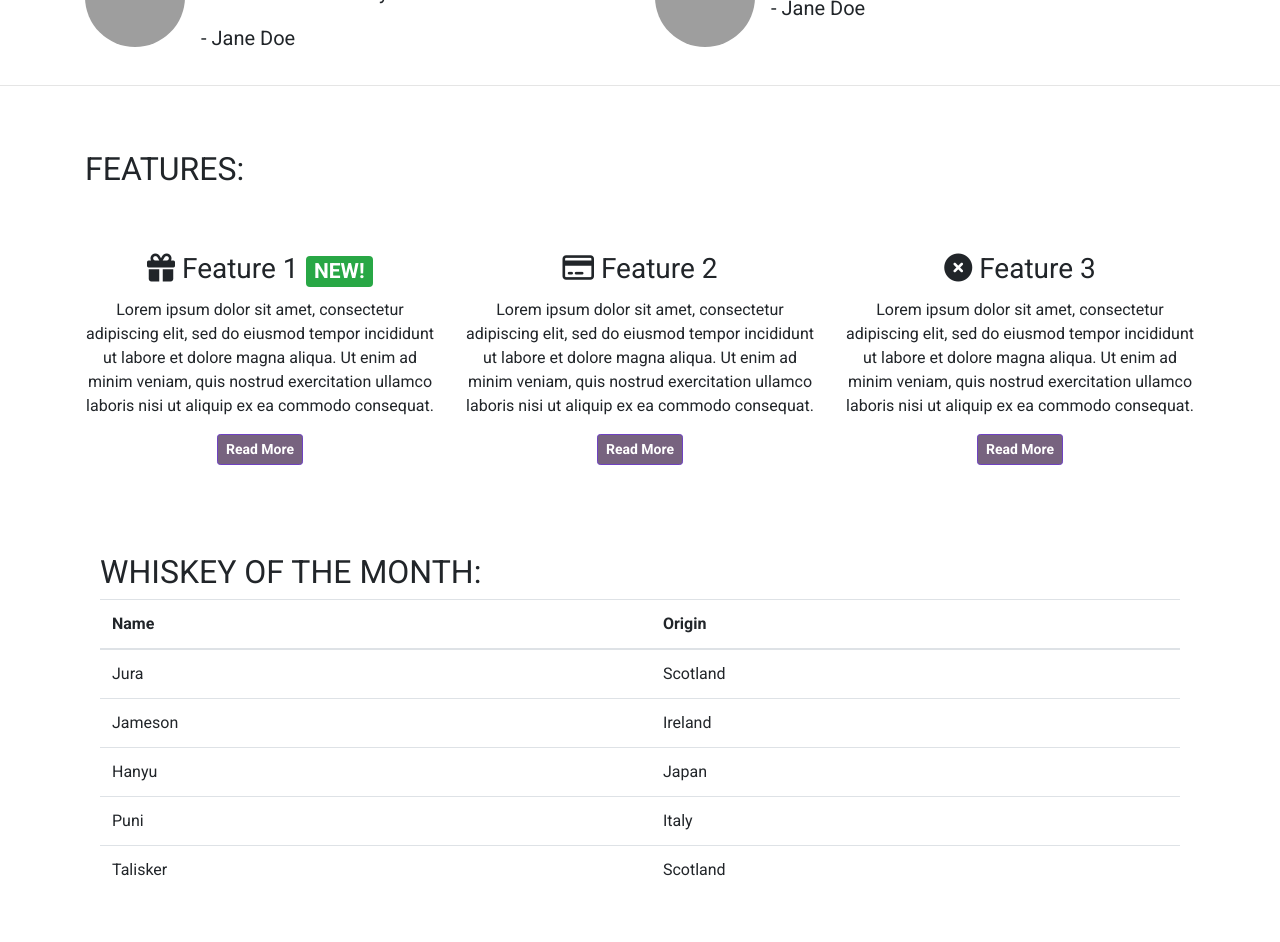
Repository: cipsim/bootstrap2.0
Page: index.html
The author's editor kept a record of every edit. The page is drawn from the files as they stood at one moment, then again after the next edit.
The browser window is 1280 px wide. The pictures show the part of the page from y = 948 to 1900 px (the page is 1890 px tall before and 1900 px after).
Pictures or frames that could not be fetched are drawn as grey boxes. Backgrounds fixed to the window are drawn as part of the page. Some web libraries are served in a nearby version.

Above is the page before.

### index.html
<!DOCTYPE html>
<html lang="en-us">

<head>
    <meta charset="utf-8">
    <title>Whiskey Drop | Taste a new whiskey every month</title>
    <meta name="viewport" content="width=device-width, initial-scale=1.0">
    <link rel="stylesheet" href="https://maxcdn.bootstrapcdn.com/bootstrap/4.1.3/css/bootstrap.min.css">
    <script src="https://kit.fontawesome.com/0dc9a7af2a.js"></script>
    <link href="https://fonts.googleapis.com/css?family=Roboto:400,700&display=swap" rel="stylesheet">
    <link rel="stylesheet" href="css/style.css" type="text/css" />
</head>

<body>
    <div class="container-fluid navalert-container">
    <nav class="navbar navbar-dark navbar-expand-sm">
        <a href="/" class="navbar-brand">Whiskey Drop</a>
        <button class="navbar-toggler ml-auto" type="button" data-toggle="collapse" data-target="#navbarNavDropdown" aria-controls="navbarNavDropdownv" aria-epanded="false" aria-label="Toggle navigation">
            <span class="navbar-toggler-icon">
            </span>
        </button>
        <div class="collapse navbar-collapse" id="navbarNavDropdown">
            <ul class="navbar-nav mr-auto">
                <li class="active nav-item mr-2"><a class="nav-link" href="/">Home</a></li>
                <li class="nav-item mr-2"><a class="nav-link" href="/about">About</a></li>
                <li class="nav-item dropdown">
                    <a class="nav-link dropdown-toggle" href="#" id="navbarDropdownMenuLink" role="button" data-toggle="dropdown" aria-haspopup="true" aria-expanded="false">
                        Whiskeys
                    </a>
                    <div class="dropdown-menu" aria-labelledby="navbarDropdownMenuLink">
                        <a href="#" class="dropdown-item">Scotch</a>
                        <a href="#" class="dropdown-item">Irish</a>
                        <a href="#" class="dropdown-item">Japanese</a>
                        <a href="#" class="dropdown-item">Italian</a>
                    </div>
                </li>
                <li class="nav-item mr-2 d-block d-sm-none"><a class="nav-link" href="/login">Sign In / Sign Up</a></li>
            </ul>
        </div>
        <div class="d-none d-md-block">
            <p class="navbar-text my-auto mr-2"><i>Great whiskey delivered to your door!</i></p>
            <a href="/login" class="btn btn--cta btn--purple">Sign in / Sign up</a>
        </div>
    </nav>\
    </div>
    <!--<div class="container alert-container">-->
    <!--    <div class="row d-none d-sm-block">-->
    <!--        <div class="col-12">-->
    <!--            <div class="alert alert-warning">-->
    <!--                <strong>Sale is now on!</strong> We got a sale on: get a 12 month subscription for the price of 6!!! <a href="">See here for details.</a>-->
    <!--            </div>-->
    <!--        </div>-->
    <!--    </div>-->
    <!--</div>-->
    <!-- Callout -->
    <div class="container-fluid callout-container">
        <div class="row">
            <div class="col-12">
                <section class="callout jumbotron text-center">
                    <h1 class="jumbotron-header">The finest whiskeys delivered to your doorstep.</h1>
                    <hr class="block-divider">
                    <p class="lead">Sign up today to start receiving the world's best whiskeys every month.
                        <s class="d-none d-sm-inline">19.99$</s>
                        <span class="d-inline d-sm-none"><br></span>
                        <strong><mark>First one is free!</mark></strong></p>
                    <p class="text-muted"><small>You must be over 18 to sign up to our service, please drink responsibly</small></p>
                    <button class="btn btn-lg btn--cta btn--purple" data-toggle="modal" data-target="#signUpModal">Sign up!</button>
                </section>
            </div>
        </div>
    </div>
    <!-- /.callout -->
    <hr>

    <!-- Quotes -->
    <div class="container quotes-container">
        <section class="quotes">
            <div class="row">
                <div class="col-12 my-5">
                    <h2 class="text-uppercase">Quotes:</h2>
                </div>
            </div>
            <div class="row">
                <div class="col-12 col-md-6">
                    <div class="media">
                        <div class="d-none d-sm-block">
                            <img src=".c9/images/girls.jpg" class="rounded-circle mr-3" height=100 width=100>
                        </div>
                        <div class="media-body">
                            <blockquote class="blockquote">
                                <p>I've been introduced to more than 10 great international whiskeys I never knew about.</p>
                                <p>- Jane Doe</p>
                            </blockquote>
                        </div>
                    </div>
                </div>
                <div class="col-12 col-md-6">
                    <div class="media">
                        <div class="d-none d-sm-block">
                            <img src=".c9/images/guy.jpg" class="rounded-circle mr-3" height=100 width=100>
                        </div>
                        <div class="media-body">
                            <blockquote class="blockquote">
                                <p>I haven't been sober for months!</p>
                                <p>- Jane Doe</p>
                            </blockquote>
                        </div>
                    </div>
                </div>
            </div>
        </section>
    </div>

    <!-- /.quotes -->
    <hr>

    <!-- Features -->
    <div class="container features-container">
        <section class="features">
            <div class="row">
                <div class="col-12 my-5">
                    <h2 class="text-uppercase">Features:</h2>
                </div>
            </div>
            <div class="row">
                <div class="col-12 col-md-6 col-lg-4">
                    <div class="feature">
                        <h3><i class="fas fa-gift d-none d-sm-inline"></i> Feature 1 <span class="badge badge-success">NEW!</span></h3>
                        <p>Lorem ipsum dolor sit amet, consectetur adipiscing elit, sed do eiusmod tempor incididunt ut labore et dolore magna aliqua. Ut enim ad minim veniam, quis nostrud exercitation ullamco laboris nisi ut aliquip ex ea commodo consequat.</p>
                        <p><a class="btn btn-sm btn-light" href="">Read More</a></p>
                    </div>
                </div>
                <div class="col-12 col-md-6 col-lg-4">
                    <div class="feature">
                        <h3><i class="far fa-credit-card d-none d-sm-inline"></i> Feature 2</h3>
                        <p>Lorem ipsum dolor sit amet, consectetur adipiscing elit, sed do eiusmod tempor incididunt ut labore et dolore magna aliqua. Ut enim ad minim veniam, quis nostrud exercitation ullamco laboris nisi ut aliquip ex ea commodo consequat.</p>
                        <p><a class="btn btn-sm btn-light" href="">Read More</a></p>
                    </div>
                </div>
                <div class="col-12 d-md-none d-lg-block col-lg-4">
                    <div class="feature">
                        <h3><i class="fas fa-times-circle d-none d-sm-inline"></i> Feature 3</h3>
                        <p>Lorem ipsum dolor sit amet, consectetur adipiscing elit, sed do eiusmod tempor incididunt ut labore et dolore magna aliqua. Ut enim ad minim veniam, quis nostrud exercitation ullamco laboris nisi ut aliquip ex ea commodo consequat.</p>
                        <p><a class="btn btn-sm btn-light" href="">Read More</a></p>
                    </div>
                </div>
            </div>
        </section>
    </div>

    <!-- /.features -->
    <!--Table-->
    <div class="container table-container">
        <section class="table">
            <div class="col-12 my-5">
                <h2 class="text-uppercase">Whiskey of the month:</h2>
                <table class="table">
                    <thead>
                        <tr>
                            <th scope="col">Name</th>
                            <th scope="col">Origin</th>
                        </tr>
                    </thead>
                    <tbody>
                        <tr>
                            <td>Jura</td>
                            <td>Scotland</td>
                        </tr>
                        <tr>
                            <td>Jameson</td>
                            <td>Ireland</td>
                        </tr>
                        <tr>
                            <td>Hanyu</td>
                            <td>Japan</td>
                        </tr>
                        <tr>
                            <td>Puni</td>
                            <td>Italy</td>
                        </tr>
                        <tr>
                            <td>Talisker</td>
                            <td>Scotland</td>
                        </tr>
            </div>
        </section>
    </div>
    </article>
    <div class="modal" tabindex="-1" role="dialog" id="signUpModal">
        <div class="modal-dialog" role="document">
            <div class="modal-content">
                <div class="modal-header">
                    <h5 class="modal-title">Sign up to Whiskey Drop!</h5>
                    <button type="button" class="close" data-dismiss="modal" aria-label="Close">
          <span aria-hidden="true">&times;</span>
        </button>
                </div>
                <div class="modal-body">
                    <form>
                        <div class="form-group">
                            <label for="exampleInputEmail1">Email address</label>
                            <input type="email" class="form-control" id="exampleInputEmail1" aria-describedby="emailHelp" placeholder="Enter email">
                            <small id="emailHelp" class="form-text text-muted">We'll never share your email with anyone else.</small>
                        </div>
                        <div class="form-group">
                            <label for="password">Password</label>
                            <input type="password" class="form-control" id="password" placeholder="Password">
                        </div>
                        <div class="form-group">
                            <label for="repeatPassword">Repeat Password</label>
                            <input type="password" class="form-control" id="repeatPassword" placeholder="Repeat Password">
                        </div>
                        <button type="submit" class="btn btn-success">Submit</button>
                    </form>
                </div>
            </div>
        </div>
    </div>
    <script src="https://code.jquery.com/jquery-3.3.1.slim.min.js" integrity="sha384-q8i/X+965DzO0rT7abK41JStQIAqVgRVzpbzo5smXKp4YfRvH+8abtTE1Pi6jizo" crossorigin="anonymous"></script>
    <script src="https://cdnjs.cloudflare.com/ajax/libs/popper.js/1.14.7/umd/popper.min.js" integrity="sha384-UO2eT0CpHqdSJQ6hJty5KVphtPhzWj9WO1clHTMGa3JDZwrnQq4sF86dIHNDz0W1" crossorigin="anonymous"></script>
    <script src="https://stackpath.bootstrapcdn.com/bootstrap/4.3.1/js/bootstrap.min.js" integrity="sha384-JjSmVgyd0p3pXB1rRibZUAYoIIy6OrQ6VrjIEaFf/nJGzIxFDsf4x0xIM+B07jRM" crossorigin="anonymous"></script>
</body>

</html>

### css/style.css
body {
    font-family: 'Roboto', sans-serif;
}

.alert-container .col-12 {
    padding-left: 0;
    padding-right: 0;
}

.site-wide-alert {
    border-radius: 0;
    margin-bottom: 0;
    padding: 5px 15px;
    border-color: #e59a19;
    background-color: #e59a19;
    color: #fff;
}

.features-container {}

.quotes-container {}

.table-container {}

.callout-container {
    height: 100vh;

    background: url("../.c9/images/bgi.jpg") no-repeat bottom right fixed;
    -webkit-background-size: cover;
    -moz-background-size: cover;
    -o-background-size: cover;
    background-size: cover;

    display: flex;
    align-items: center;
    justify-content: center;

}

@media screen and (max-width: 600px) {
    .callout-container {
        height: 100vh;
        background: url("../.c9/images/bgi.jpg") no-repeat bottom center fixed;
        -webkit-background-size: cover;
        -moz-background-size: cover;
        -o-background-size: cover;
        background-size: cover;
        display: flex;
        align-items: center;
        justify-content: center;
    }
}

/*Headers*/

.page-header {
    margin-bottom: 0;
    border-bottom: 0;
    text-align: center;
}

.page-heder h2 {
    margin-top: 0;
}

/*Navbar*/

.navalert-container {
    position: absolute;
    top: 0;
    left: 0;
    padding-left: 0;
    padding-right: 0;
    z-index: 1;
}

.navbar {
    margin-bottom: 0;
    border: 0;
    width: 100%;
    background-color: rgba(0, 0, 0, 0.25);
}

.navbar .navbar-toggler {
    border: 0;
}

.navbar-brand {
    font-weight: bold;
}

.navbar .navbar-nav a {
    font-weight: bold;
}

/*jumbotron*/

.jumbotron {
    color: lightgray;
    background-color: transparent;
}

.jumbotron-header {
    color: #fcf8e3;
    -webkit-text-stroke: 1px black;
    font-weight: bold;
    margin-bottom: 30px;
}

.jumbotron small {
    font-size: 60%;
    font-style: italic;
    color: #dcbd18;
}

/*Block dividers*/

.block-divider {
    width: 75px;
    height: 5px;
    border: 0;
    background-color: #5c4465d4;
}

/*Content Containers*/

.content-container {
    padding-top: 75px;
    padding-bottom: 75px;
}

/*Container wrappers*/

.container-wrapper {}

.container-wrapper--purple {
    background-color: #5c4465d4;
    color: white;
}

/*Buttons*/

.btn--cta {
    font-weight: bold;
    border-radius: 25px;
    width: 150px;
}

.btn--purple {
    color: white;
    background-color: #5c4465d4;
    border-color: #6f42c1;
}

.btn--purple:hover,
.btn--purple:active,
.btn--purple:focus,
.btn--purple:active:focus {
    background-color: #6f42c1;
    border-color: #6f42c1;
}

.feature {
    text-align: center;
    margin-bottom: 40px;
}

.feature i {
    margin-bottom: 20px;
    line-height: 45px;
}

.feature .btn {
    background-color: #5c4465d4;
    border-color: #6f42c1;
    color: white;
    font-weight: bold;
}

After the next edit:
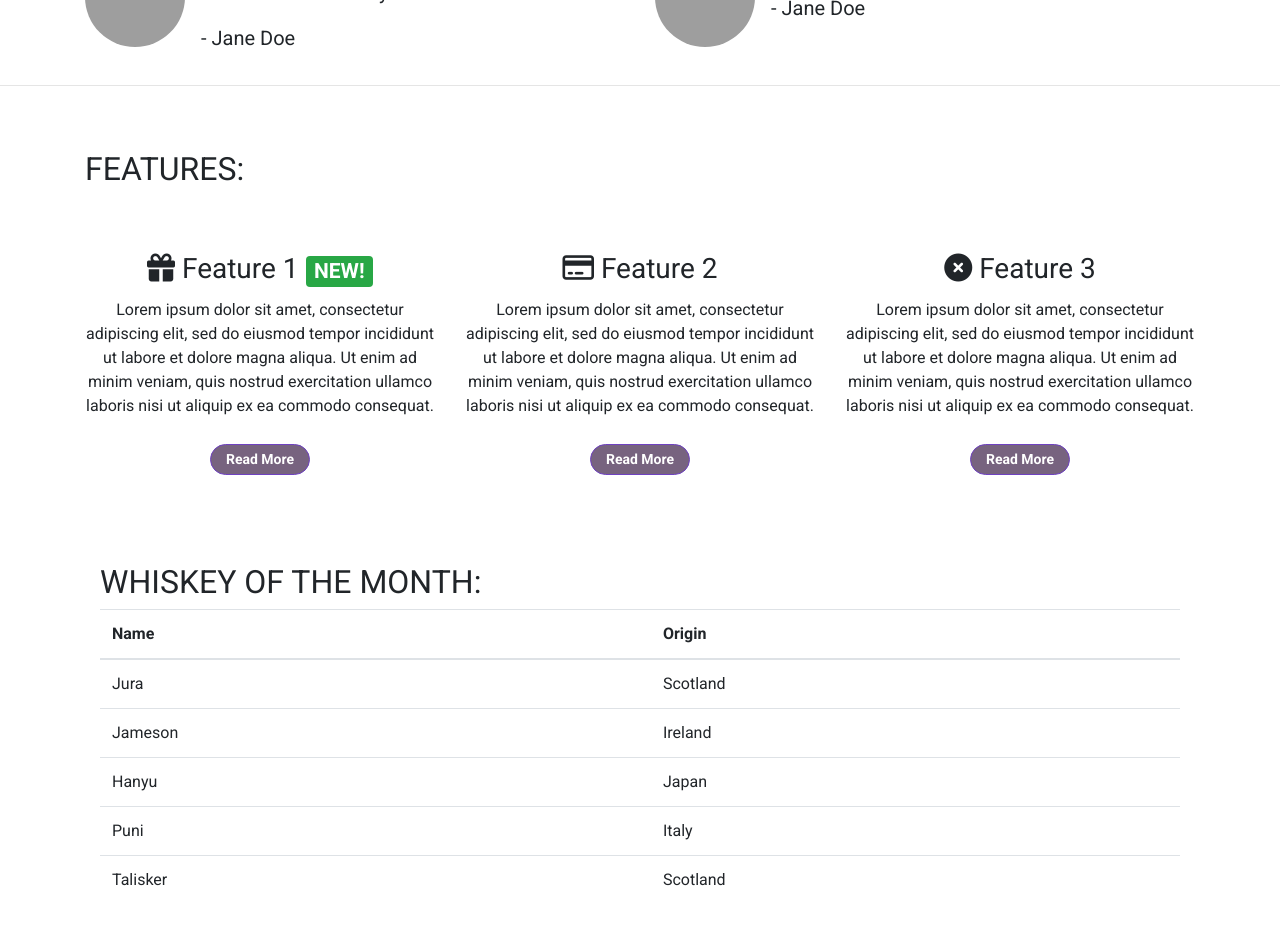
The edit:
--- a/css/style.css
+++ b/css/style.css
@@ -174,5 +174,8 @@
     background-color: #5c4465d4;
     border-color: #6f42c1;
     color: white;
+    border-radius: 25px;
+    min-width: 100px;
+    margin-top: 10px;
     font-weight: bold;
 }
